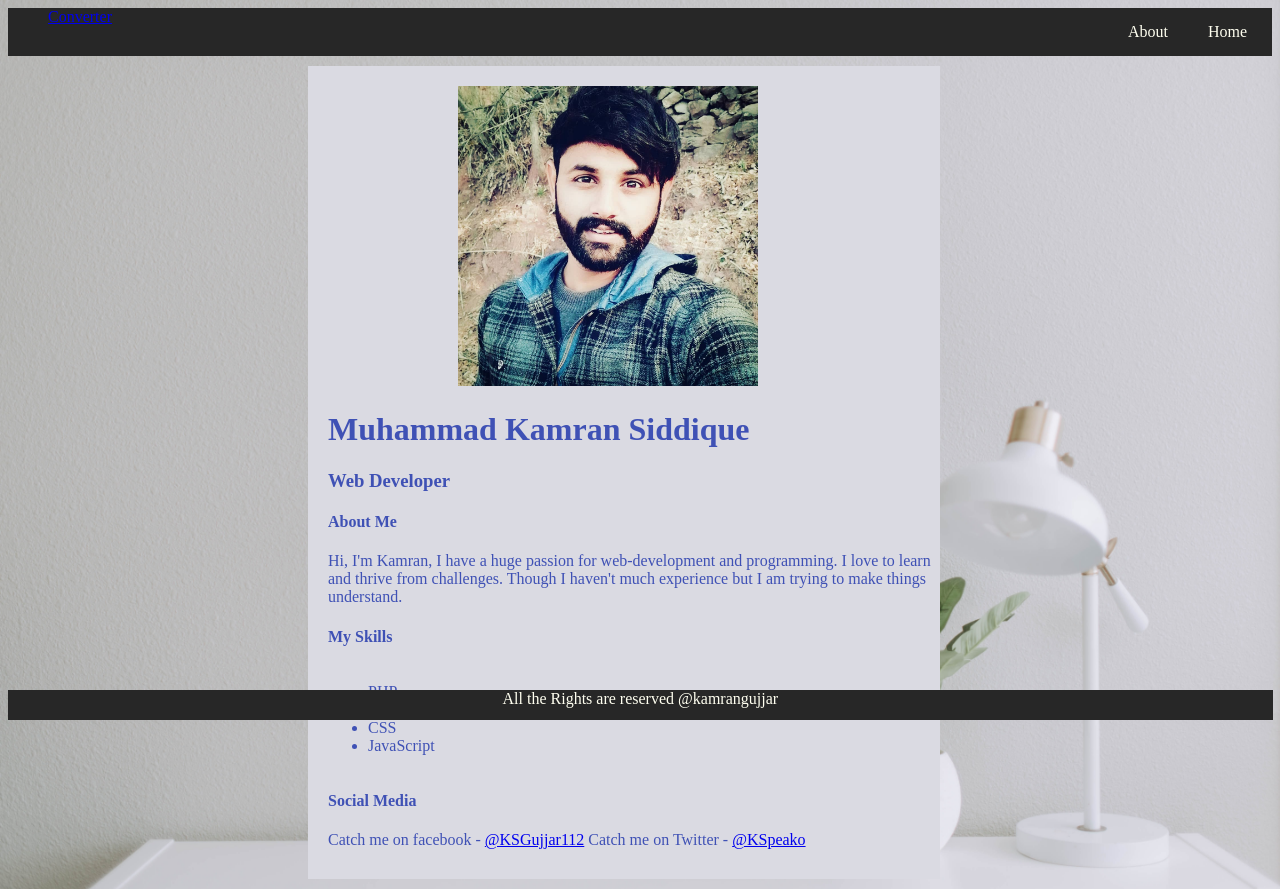
Repository: Kamrangujjar85112/Length-Converter
Page: html/about.html
These files come from the project's save history. The page is drawn as it stood at one moment and after the next save; the edit follows.
The browser window is 1280 px wide. The pictures show the whole page.
Backgrounds fixed to the window are drawn as part of the page.

Above is the page before, as saved 2022-01-28 15:35:29.

After the next save:
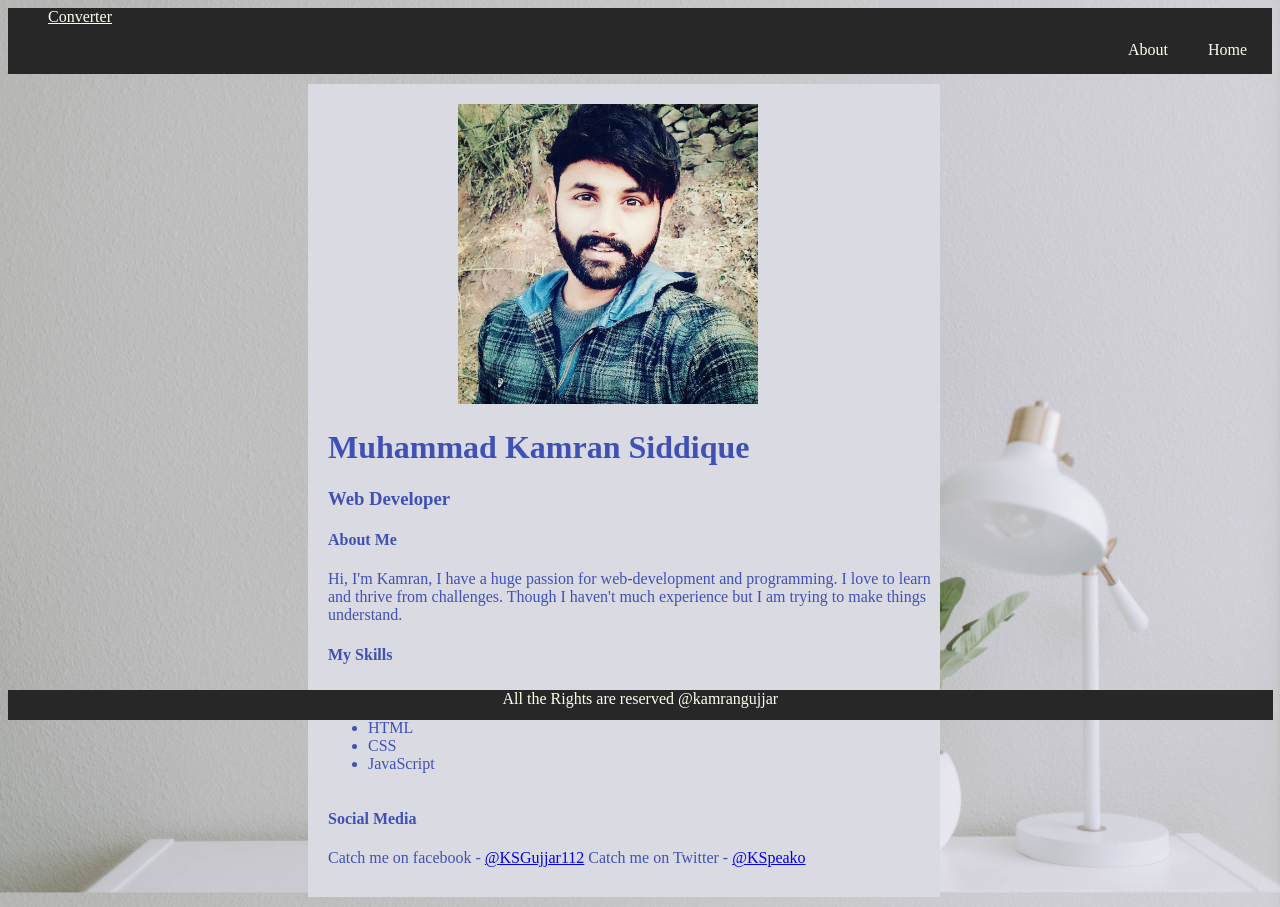
Saved 64 s later.
--- a/css/style.css
+++ b/css/style.css
@@ -43,6 +43,11 @@ img {
     margin: 0;
     position: relative;
 
+}
+/* name */
+.nav-name{
+    display: block;
+    color: ivory;
 }
 /* navbar */
 .nav-ul{
